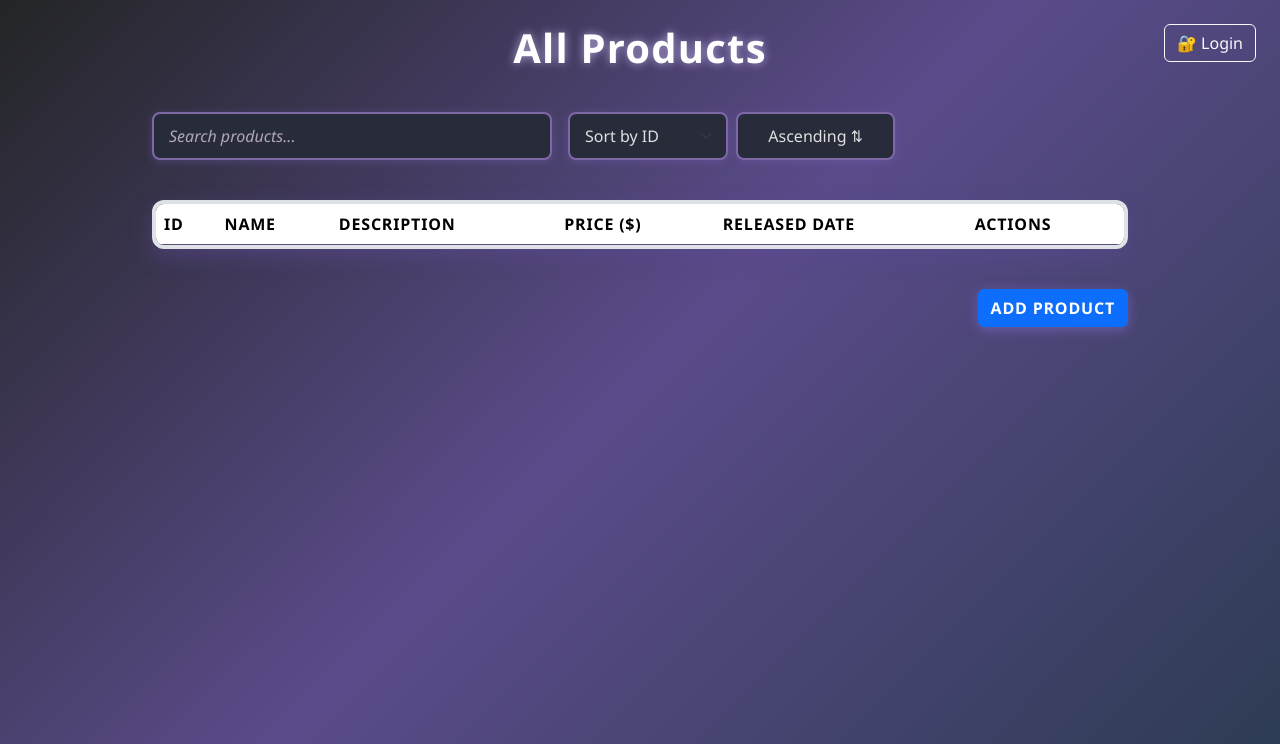
Repository: shyamoracle/training_case_study
Page: pmsagain/pmsitis/src/main/resources/webapp/index.html
The author's editor kept a copy of each file at every save. The page is drawn from the files as they stood at one save, then again after the next save.
The browser window is 1280 px wide. The pictures show the whole page.
The page's requests for data from a server got no answer.

Above is the page before, as saved 2025-09-19 06:02:57.

### pmsagain/pmsitis/src/main/resources/webapp/index.html
<!DOCTYPE html>
<html lang="en">
<head>
  <meta charset="UTF-8" />
  <title>Product List</title>
  <link href="https://cdn.jsdelivr.net/npm/bootstrap@5.3.2/dist/css/bootstrap.min.css" rel="stylesheet" />
  <style>
    /* Body & typography */
    body {
      background: linear-gradient(135deg, #232526, #5b4b8a, #2e3c54);
      color: #e0e0e0;
      font-family: 'Segoe UI', Tahoma, Geneva, Verdana, sans-serif;
      min-height: 100vh;
      padding-bottom: 2rem;
    }

    /* Header */
    h1 {
      text-align: center;
      margin-bottom: 2.5rem;
      color: rgb(255, 255, 255)!important;
      font-weight: 700;
      letter-spacing: 1.2px;
      text-shadow: 0 0 10px rgba(216, 202, 255, 0.7);
    }

    /* Container tweaks */
    .container {
      max-width: 1000px;
    }
    #searchInput {
  width: 100%;
  max-width: 400px;
  padding: 10px 15px;
  margin-bottom: 1.5rem;
  border: 2px solid #7e68a6;  /* lavender border */
  border-radius: 8px;
  background-color: #282c3a;  /* matching table background */
  color: #e0e0e0;
  font-size: 1rem;
  box-shadow: 0 2px 8px rgba(125, 105, 200, 0.3);
  transition: border-color 0.3s ease, box-shadow 0.3s ease;
}

#searchInput::placeholder {
  color: #b0a6c0;
  font-style: italic;
}

#searchInput:focus {
  outline: none;
  border-color: #a593d1;  /* lighter lavender on focus */
  box-shadow: 0 0 8px 2px rgba(165, 147, 209, 0.7);
  background-color: #2e3150;
}


    /* Table styling */
    table {
      border-collapse: separate !important;
      border-spacing: 0;
      border-radius: 12px;
      overflow: hidden;
      border: 4px solid white;  /* thick white border */
      background-color: #282c3a;
      box-shadow: 0 8px 20px rgba(89, 74, 146, 0.5);
      transition: box-shadow 0.3s ease;
      width: 100%;
    }

    table:hover {
      box-shadow: 0 12px 30px rgba(89, 74, 146, 0.8);
    }

    thead th {
      background-color: #7e68a6;
      color: #fff;
      font-weight: 600;
      border-bottom: 3px solid #5a4d7a;
      padding: 14px 50px;
      letter-spacing: 0.05em;
      text-transform: uppercase;
      user-select: none;
    }

    tbody tr:hover {
      background-color: #3b3f58;
      cursor: pointer;
      transition: background-color 0.3s ease;
    }

    tbody td {
      border-top: 1px solid #5a4d7a;
      padding: 14px 50px;
      color: #cfcfe3;
      vertical-align: middle;
    }

    tbody tr:last-child td:first-child {
      border-bottom-left-radius: 12px;
    }

    tbody tr:last-child td:last-child {
      border-bottom-right-radius: 12px;
    }

    /* Action buttons in table */
    .btn-sm {
      padding: 0.25rem 0.5rem;
      font-size: 0.875rem;
    }

    /* Add Product button */
    .btn-add {
      margin-top: 1.5rem;
      margin-bottom: 1rem;
      float: right;
      box-shadow: 0 3px 12px rgba(125, 105, 200, 0.6);
      font-weight: 600;
      letter-spacing: 0.05em;
      text-transform: uppercase;
      transition: background-color 0.3s ease, box-shadow 0.3s ease;
    }

    .btn-add:hover {
      background-color: #6a54a2;
      box-shadow: 0 5px 15px rgba(125, 105, 200, 0.9);
    }
#sortSelect {
  min-width: 160px;
 width: 100%;
  max-width: 400px;
  padding: 10px 15px;
  margin-bottom: 1.5rem;
  border: 2px solid #7e68a6;  /* lavender border */
  border-radius: 8px;
  background-color: #282c3a;  /* matching table background */
  color: #e0e0e0;
  font-size: 1rem;
  box-shadow: 0 2px 8px rgba(125, 105, 200, 0.3);
  transition: border-color 0.3s ease, box-shadow 0.3s ease;
}

#toggleOrderBtn {
  min-width: 130px;
   width: 100%;
  max-width: 400px;
  padding: 10px 15px;
  margin-bottom: 1.5rem;
  border: 2px solid #7e68a6;  /* lavender border */
  border-radius: 8px;
  background-color: #282c3a;  /* matching table background */
  color: #e0e0e0;
  font-size: 1rem;
  box-shadow: 0 2px 8px rgba(125, 105, 200, 0.3);
  transition: border-color 0.3s ease, box-shadow 0.3s ease;
}



    /* Responsive adjustments */
    @media (max-width: 768px) {
      thead th, tbody td {
        padding: 10px 12px;
      }
      .btn-add {
        float: none;
        display: block;
        width: 100%;
        text-align: center;
      }
    }
  </style>
</head>
<body>
  <div class="container mt-4">
    <h1>All Products</h1>
    <button
  class="btn btn-outline-light position-absolute top-0 end-0 m-4"
  data-bs-toggle="modal"
  data-bs-target="#loginModal"
  title="Login to change DB credentials"
>
  🔐 Login
</button>

<!-- Login Modal -->
<div class="modal fade" id="loginModal" tabindex="-1" aria-labelledby="loginModalLabel" aria-hidden="true">
  <div class="modal-dialog">
    <div class="modal-content text-dark">
      <div class="modal-header">
        <h5 class="modal-title" id="loginModalLabel">Login to DB</h5>
        <button type="button" class="btn-close" data-bs-dismiss="modal" aria-label="Close"></button>
      </div>
      <div class="modal-body">
        <form id="loginForm">
          <div class="mb-3">
            <label for="dbUsername" class="form-label">Username</label>
            <input type="text" class="form-control" id="dbUsername" required value="shyam" />
          </div>
          <div class="mb-3">
            <label for="dbPassword" class="form-label">Password</label>
            <input type="password" class="form-control" id="dbPassword" required value="shyam" />
          </div>
          <div class="d-flex justify-content-end">
            <button type="submit" class="btn btn-primary">Login</button>
          </div>
        </form>
      </div>
    </div>
  </div>
</div>

   <div class="d-flex flex-wrap align-items-center gap-3 mb-3">
  <input
    type="text"
    id="searchInput"
    placeholder="Search products..."
    aria-label="Search products"
    class="flex-grow-1"
  />

  <div class="d-flex gap-2 ">
    <select id="sortSelect" class="form-select">
      <option value="productId">Sort by ID</option>
      <option value="productName">Sort by Name</option>
      <option value="productDescription">Sort by Description</option>
      <option value="productPrice">Sort by Price</option>
      <option value="productReleasedOn">Sort by Release Date</option>
    </select>

    <button id="toggleOrderBtn" class="btn btn-outline-light">Ascending ⇅</button>
  </div>
</div>


    <table class="table">
      <thead>

  <tr>
    <th data-column="productId" class="sortable">ID</th>
    <th data-column="productName" class="sortable">Name</th>
    <th data-column="productDescription" class="sortable">Description</th>
    <th data-column="productPrice" class="sortable">Price ($)</th>
    <th data-column="productReleasedOn" class="sortable">Released Date</th>
    <th>Actions</th>
  </tr>
</thead>


      <tbody id="productTableBody"></tbody>
    </table>

    <a href="add-product.html" class="btn btn-primary btn-add">Add Product</a>

  </div>

  <script src="js/api.js"></script>
  <script src="js/main.js"></script>
  <script src="js/search.js"></script>
  <script src="js/sort.js"></script>
  <script src="js/login.js"></script>
</body>
</html>

### pmsagain/pmsitis/src/main/resources/webapp/js/api.js
const API_BASE = "http://localhost:8080/pmsapp/webapi/products";

async function getAllProducts() {
  const res = await fetch(`${API_BASE}/all`);
  return await res.json();
}

async function deleteProduct(id) {
  await fetch(`${API_BASE}/delete/${id}`, { method: "DELETE" });
}

async function addProduct(product) {
  return await fetch(`${API_BASE}/add`, {
    method: "POST",
    headers: { "Content-Type": "application/json" },
    body: JSON.stringify(product),
  });
}

async function getProduct(id) {
  const res = await fetch(`${API_BASE}/view?id=${id}`);
  return await res.json();
}

async function updateProduct(id, product) {
  return await fetch(`${API_BASE}/edit/${id}`, {
    method: "PUT",
    headers: { "Content-Type": "application/json" },
    body: JSON.stringify(product),
  });
}

### pmsagain/pmsitis/src/main/resources/webapp/js/main.js
let productsCache = [];

document.addEventListener("DOMContentLoaded", async () => {
  productsCache = await getAllProducts();

  // Initialize sorting and render the result
  const initiallySorted = initSortUI(productsCache, renderTable);
  renderTable(initiallySorted);

  initSearch(); // still in search.js
});

function renderTable(products) {
  const tableBody = document.getElementById("productTableBody");
  tableBody.innerHTML = "";

  products.forEach(product => {
    const row = document.createElement("tr");
    row.innerHTML = `
      <td>${product.productId}</td>
      <td>${product.productName}</td>
      <td>${product.productDescription}</td>
      <td>${product.productPrice}</td>
      <td>${product.productReleasedOn}</td>
      <td>
        <a href="edit-product.html?id=${product.productId}" class="btn btn-sm btn-primary">Edit</a>
        <button class="btn btn-sm btn-danger" onclick="deleteAndReload(${product.productId})">Delete</button>
      </td>`;
    tableBody.appendChild(row);
  });
}

async function deleteAndReload(id) {
  if (confirm("Are you sure you want to delete this product?")) {
    await deleteProduct(id);
    window.location.reload();
  }
}

### pmsagain/pmsitis/src/main/resources/webapp/js/search.js
// search.js
document.addEventListener('DOMContentLoaded', () => {
  const searchInput = document.getElementById('searchInput');
  const tableBody = document.getElementById('productTableBody');

  if (!searchInput || !tableBody) return; // safety check

  searchInput.addEventListener('input', () => {
    const filter = searchInput.value.toLowerCase();
    const rows = tableBody.getElementsByTagName('tr');

    for (let row of rows) {
      let text = '';
      for (let cell of row.cells) {
        text += cell.textContent.toLowerCase() + ' ';
      }
      row.style.display = text.includes(filter) ? '' : 'none';
    }
  });
});
/**
 *
 */

### pmsagain/pmsitis/src/main/resources/webapp/js/sort.js
// sort.js

let currentSort = { column: 'productId', ascending: true };

function initSortUI(products, onSortedCallback) {
  const sortSelect = document.getElementById("sortSelect");
  const toggleOrderBtn = document.getElementById("toggleOrderBtn");

  // Set default text
  toggleOrderBtn.textContent = currentSort.ascending ? "Ascending" : "Descending";

  // Event: Change column
  sortSelect.addEventListener("change", () => {
    currentSort.column = sortSelect.value;
    const sorted = sortProducts(products);
    onSortedCallback(sorted);
  });

  // Event: Toggle order
  toggleOrderBtn.addEventListener("click", () => {
    currentSort.ascending = !currentSort.ascending;
    toggleOrderBtn.textContent = currentSort.ascending ? "Ascending" : "Descending";
    const sorted = sortProducts(products);
    onSortedCallback(sorted);
  });

  // Initial sort
  return sortProducts(products);
}

function sortProducts(products) {
  return [...products].sort((a, b) => {
    let valA = a[currentSort.column];
    let valB = b[currentSort.column];

    if (!isNaN(valA) && !isNaN(valB)) {
      valA = parseFloat(valA);
      valB = parseFloat(valB);
    } else if (isValidDate(valA) && isValidDate(valB)) {
      valA = new Date(valA);
      valB = new Date(valB);
    } else {
      valA = valA.toString().toLowerCase();
      valB = valB.toString().toLowerCase();
    }

    if (valA < valB) return currentSort.ascending ? -1 : 1;
    if (valA > valB) return currentSort.ascending ? 1 : -1;
    return 0;
  });
}

function isValidDate(val) {
  return !isNaN(Date.parse(val));
}

### pmsagain/pmsitis/src/main/resources/webapp/js/login.js
  document.getElementById("loginForm").addEventListener("submit", async (e) => {
    e.preventDefault();

    const username = document.getElementById("dbUsername").value.trim();
    const password = document.getElementById("dbPassword").value.trim();

    try {
      const res = await fetch("api/auth/login", {
        method: "POST",
        headers: { "Content-Type": "application/json" },
        body: JSON.stringify({ username, password }),
      });

      if (res.ok) {
        alert("✅ Credentials updated successfully!");
        bootstrap.Modal.getInstance(document.getElementById("loginModal")).hide();
      } else {
        alert("❌ Login failed. Please check your credentials.");
      }
    } catch (err) {
      console.error(err);
      alert("⚠️ Error connecting to server.");
    }
  });

After the next save:
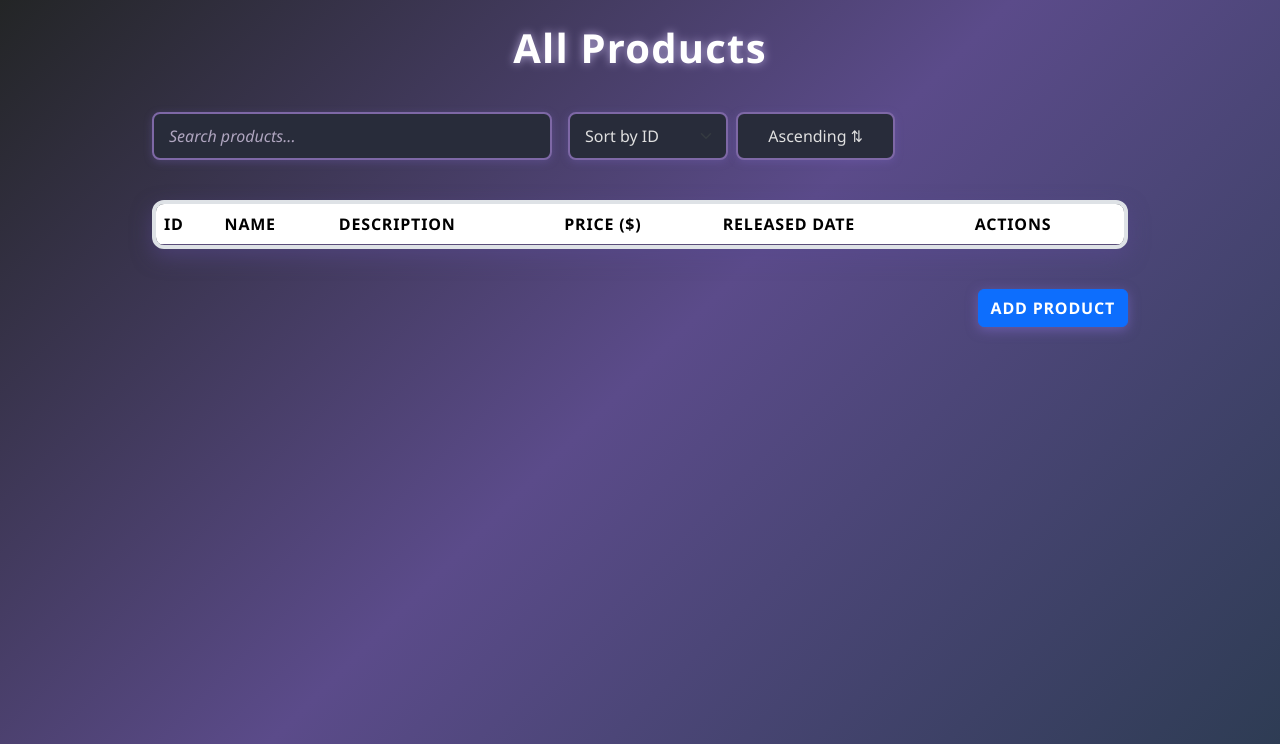
Saved 40 s later.
--- a/pmsagain/pmsitis/src/main/resources/webapp/index.html
+++ b/pmsagain/pmsitis/src/main/resources/webapp/index.html
@@ -175,41 +175,6 @@
 <body>
   <div class="container mt-4">
     <h1>All Products</h1>
-    <button
-  class="btn btn-outline-light position-absolute top-0 end-0 m-4"
-  data-bs-toggle="modal"
-  data-bs-target="#loginModal"
-  title="Login to change DB credentials"
->
-  🔐 Login
-</button>
-
-<!-- Login Modal -->
-<div class="modal fade" id="loginModal" tabindex="-1" aria-labelledby="loginModalLabel" aria-hidden="true">
-  <div class="modal-dialog">
-    <div class="modal-content text-dark">
-      <div class="modal-header">
-        <h5 class="modal-title" id="loginModalLabel">Login to DB</h5>
-        <button type="button" class="btn-close" data-bs-dismiss="modal" aria-label="Close"></button>
-      </div>
-      <div class="modal-body">
-        <form id="loginForm">
-          <div class="mb-3">
-            <label for="dbUsername" class="form-label">Username</label>
-            <input type="text" class="form-control" id="dbUsername" required value="shyam" />
-          </div>
-          <div class="mb-3">
-            <label for="dbPassword" class="form-label">Password</label>
-            <input type="password" class="form-control" id="dbPassword" required value="shyam" />
-          </div>
-          <div class="d-flex justify-content-end">
-            <button type="submit" class="btn btn-primary">Login</button>
-          </div>
-        </form>
-      </div>
-    </div>
-  </div>
-</div>
 
    <div class="d-flex flex-wrap align-items-center gap-3 mb-3">
   <input
@@ -236,7 +201,8 @@
 
     <table class="table">
       <thead>
-
+        <tr>
+         <thead>
   <tr>
     <th data-column="productId" class="sortable">ID</th>
     <th data-column="productName" class="sortable">Name</th>
@@ -247,7 +213,8 @@
   </tr>
 </thead>
 
-
+        </tr>
+      </thead>
       <tbody id="productTableBody"></tbody>
     </table>
 
@@ -259,6 +226,5 @@
   <script src="js/main.js"></script>
   <script src="js/search.js"></script>
   <script src="js/sort.js"></script>
-  <script src="js/login.js"></script>
 </body>
 </html>
